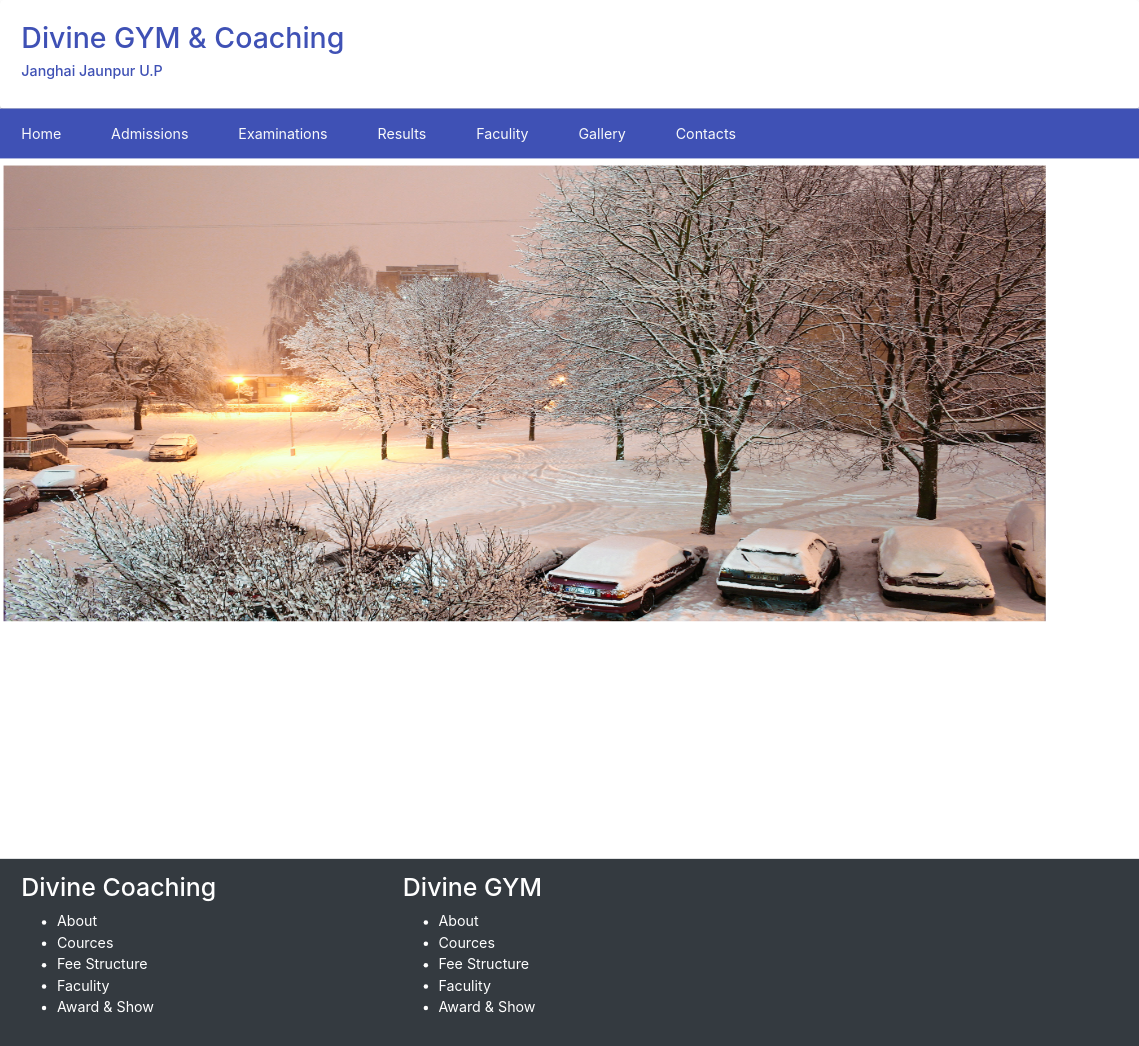
Repository: lalji-yadav/vikash-Coaching-frontend
Page: /gallery
An editor plug-in stored every save of this project. The page is shown before and after the next save, followed by the edit.
The browser window is 1280 px wide. The pictures show the whole page, at 89% of full size.
The project was rebuilt for these pictures with package versions that can differ from the ones it lists, and the page was loaded fresh each time. Also part of the build but not shown: src/index.css, src/home/home.js, src/component/admission/admission.js, src/component/examination/examination.js, src/component/results/result.js, src/component/faculity/faculity.js.

Above is the page before, as saved 2021-04-11 12:48:54.

After the next save:
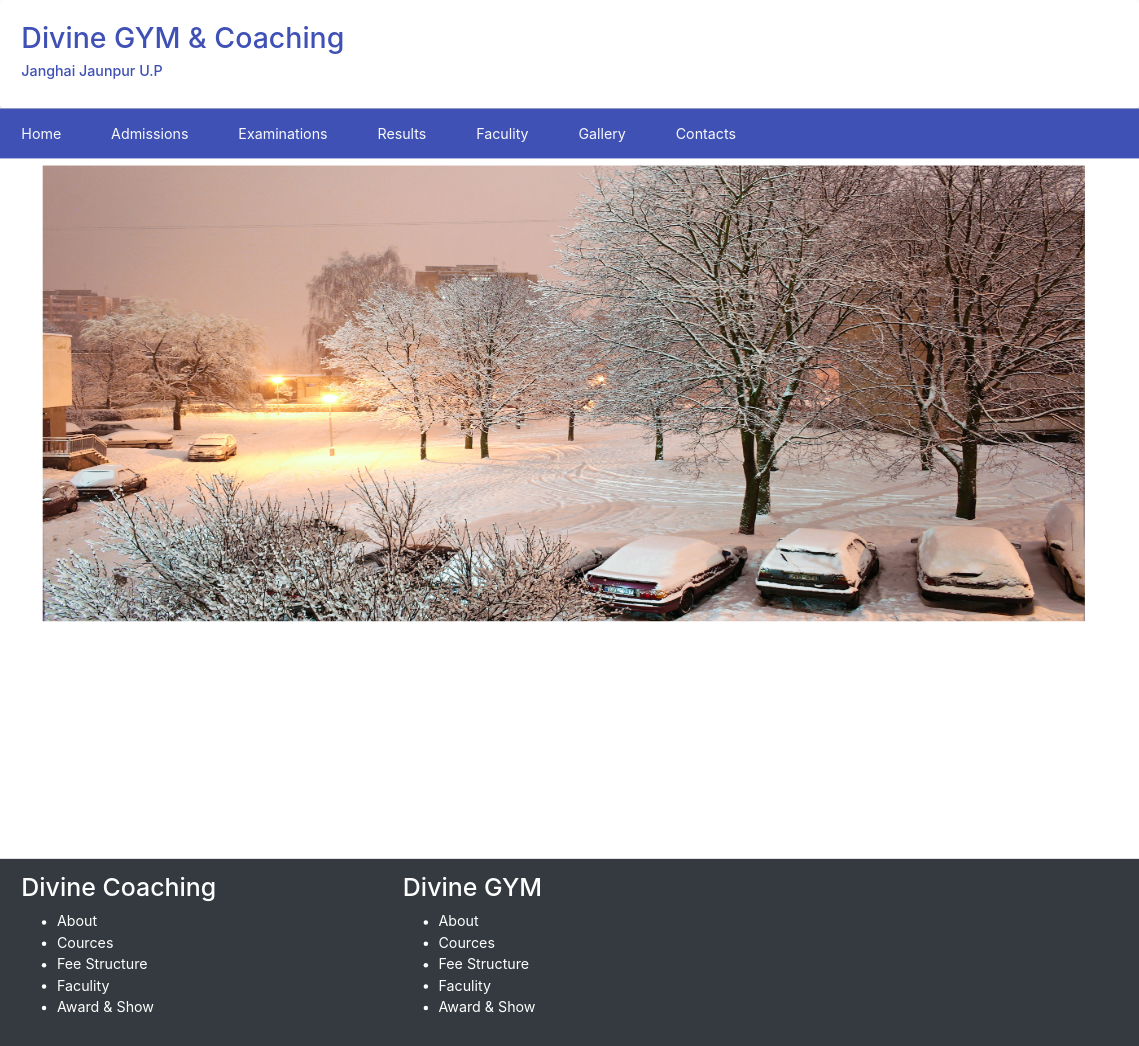
Saved 10 s later.
--- a/src/component/gallery/gallery.js
+++ b/src/component/gallery/gallery.js
@@ -6,7 +6,7 @@ class gallery extends Component {
         return (
             <div>
                 <div className="row">
-                    <div className="col-sm-11 ml-1 mt-2">
+                    <div className="col-sm-11 ml-5 mt-2">
                         <img style={{width:"100%", height:"70%"}}
                          src={process.env.PUBLIC_URL + '/image/gallery/Admin/0 (22) - Copy.jpg'} alt="" />
                     </div>
